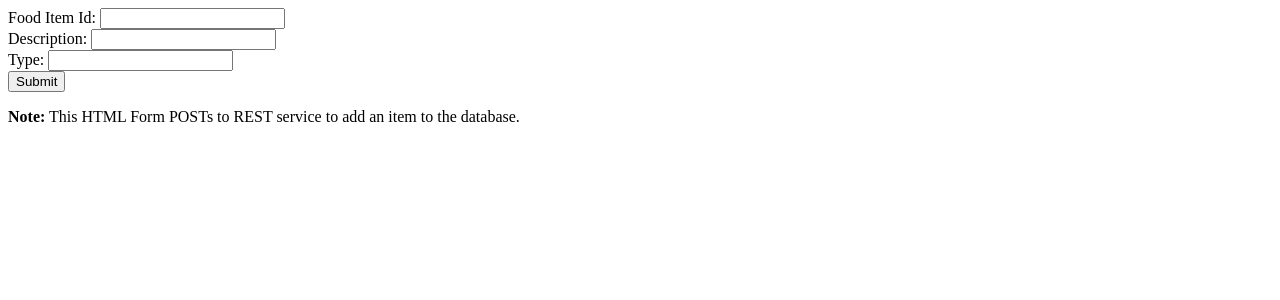
Repository: revatt/SuperMarket
Page: SuperMarketOld/web/pages/addSuperMarket.html
An editor plug-in stored every save of this project. The page is shown before and after the next save, followed by the edit.
The browser window is 1280 px wide. The pictures show the whole page.

Above is the page before, as saved 2013-10-06 23:25:50.

### SuperMarketOld/web/pages/addSuperMarket.html
<!DOCTYPE html>
<html>
<body>

<form action="rest/foodmarket/addsupermarket" method="POST">
Food Item Id: <input type="text" name="id"><br>
Description: <input type="text" name="description"><br>
Type: <input type="text" name="type"><br>
<input type="submit">
</form>

<p><b>Note:</b> This HTML Form POSTs to REST service to add an item to the database.</p>

</body>
</html>

After the next save:
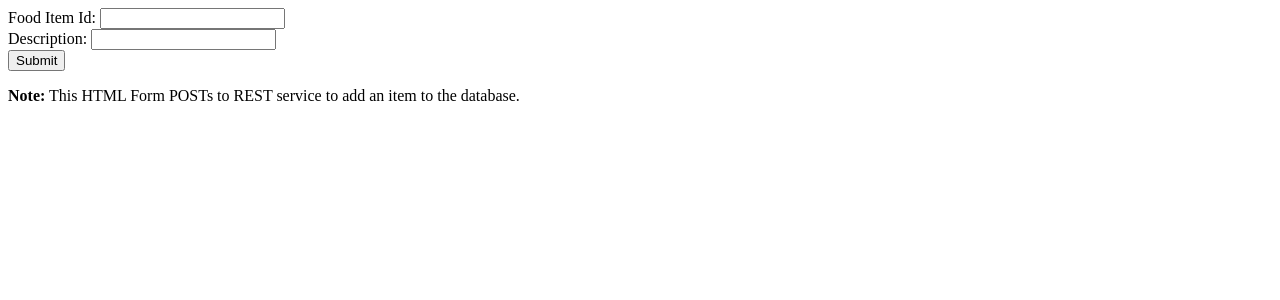
Saved 6 s later.
--- a/SuperMarketOld/web/pages/addSuperMarket.html
+++ b/SuperMarketOld/web/pages/addSuperMarket.html
@@ -5,7 +5,6 @@
 <form action="rest/foodmarket/addsupermarket" method="POST">
 Food Item Id: <input type="text" name="id"><br>
 Description: <input type="text" name="description"><br>
-Type: <input type="text" name="type"><br>
 <input type="submit">
 </form>
 
